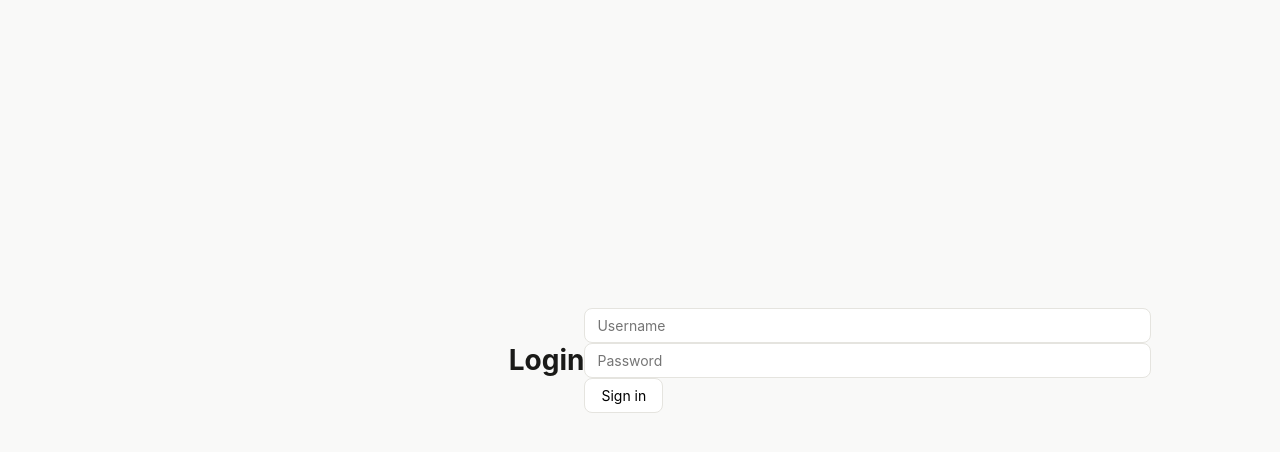
Repository: adtm0/jobtracker
Page: /login (app in frontend/)
The author's editor kept a copy of each file at every save. The page is drawn from the files as they stood at one save, then again after the next save.
The browser window is 1280 px wide. The pictures show the whole page.
The project was rebuilt for these pictures with package versions that can differ from the ones it lists, and the page was loaded fresh each time. Also part of the build but not shown: frontend/vite.config.js, frontend/src/pages/Register.jsx, frontend/src/pages/Dashboard.jsx, frontend/src/pages/Jobs.jsx, frontend/src/pages/JobForm.jsx, frontend/src/components/Navbar.jsx.

Above is the page before, as saved 2026-04-19 18:16:09.

### frontend/src/main.jsx
import { StrictMode } from "react";
import React from "react";
import ReactDOM from 'react-dom/client'
import { BrowserRouter } from 'react-router-dom'
import { createRoot } from "react-dom/client";
import "./index.css";
import App from "./App.jsx";

createRoot(document.getElementById("root")).render(
  <StrictMode>
    <BrowserRouter>
      <App />
    </BrowserRouter>
  </StrictMode>,
);

### frontend/src/index.css
*, *::before, *::after {
  box-sizing: border-box;
  margin: 0;
  padding: 0;
}

body {
  font-family: -apple-system, BlinkMacSystemFont, 'Segoe UI', sans-serif;
  background: #f9f9f8;
  color: #1a1a18;
  font-size: 14px;
  line-height: 1.5;
}

main {
  max-width: 1100px;
  margin: 0 auto;
  padding: 28px 20px;
}

input, select, textarea {
  width: 100%;
  padding: 8px 12px;
  border: 1px solid #e5e4df;
  border-radius: 8px;
  font-size: 14px;
  font-family: inherit;
  outline: none;
}

input:focus, select:focus, textarea:focus {
  border-color: #185FA5;
}

button {
  cursor: pointer;
  font-family: inherit;
  font-size: 14px;
  border-radius: 8px;
  border: 1px solid #e5e4df;
  background: #fff;
  padding: 8px 16px;
}

button:hover {
  background: #f9f9f8;
}

.btn-primary {
  background: #1a1a18;
  color: #fff;
  border-color: #1a1a18;
}

.btn-primary:hover {
  background: #333;
}

label {
  display: block;
  font-size: 12px;
  font-weight: 500;
  color: #6b6b67;
  margin-bottom: 5px;
}

### frontend/src/App.jsx
import {Routes, Route} from 'react-router-dom'
import Login from './pages/Login'
import Register from './pages/Register'
import Dashboard from './pages/Dashboard'
import Jobs from './pages/Jobs'
import JobForm from './pages/JobForm'
import Navbar from './components/Navbar'

function Layout({ children }) {
  return (
    <>
      <Navbar />
      <main>
        {children}
      </main>
    </>
  );
}

function App() {

  return (
    <Routes>
      <Route path='/login' element={<Login />} />
      <Route path='/register' element={<Register />} />
      <Route path='/dashboard' element={<Layout><Dashboard /></Layout>} />
      <Route path='/jobs' element={<Layout><Jobs /></Layout>} />
      <Route path='/jobs/new' element={<Layout><JobForm /></Layout>} />
    </Routes>
  )
}

export default App

### frontend/src/pages/Login.jsx
import { useState } from "react";
import { Link } from "react-router-dom"

export default function Login() {
  const [form, setForm] = useState({username: '', password: ''})
  const [error, setError] = useState('')
  const [loading, setLoading] = useState(false)

  const handleSubmit = (event) => {
    event.preventDefault()
    setError('')
    setLoading(true)

    try {
      console.log('logging in with', form)
    } catch {
      setError('Invalid username or password.')
    } finally {
      setLoading(false)
    }
  }

  return (
    <div style={{
      minHeight: '100vh',
      display: 'flex',
      alignItems: 'center',
      justifyContent: 'center',
      background: '#f9f9f8'
    }}>
      <div style={{width: '100%', maxWidth: 380}}>
        <div style={{textAlign: 'center', marginBottom: 32}}>
          <h1 st></h1>
        </div>
      </div>
      <h1>Login</h1>
      <form>
        <input type="text" placeholder="Username" />
        <input type="password" placeholder="Password" />
        <button type="submit">Sign in</button>
      </form>
    </div>
  );
}

After the next save:
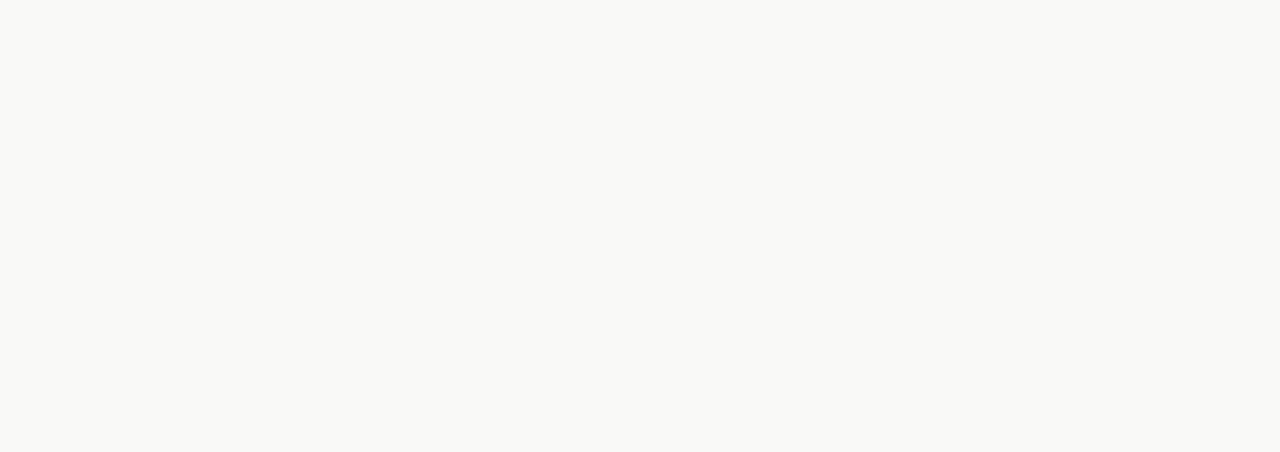
Console error (its wording comes from the project's code and is left out).
Saved 5 s later.
--- a/frontend/src/pages/Login.jsx
+++ b/frontend/src/pages/Login.jsx
@@ -30,7 +30,7 @@
     }}>
       <div style={{width: '100%', maxWidth: 380}}>
         <div style={{textAlign: 'center', marginBottom: 32}}>
-          <h1 st></h1>
+          <h1 style></h1>
         </div>
       </div>
       <h1>Login</h1>

After the 4 saves that followed:
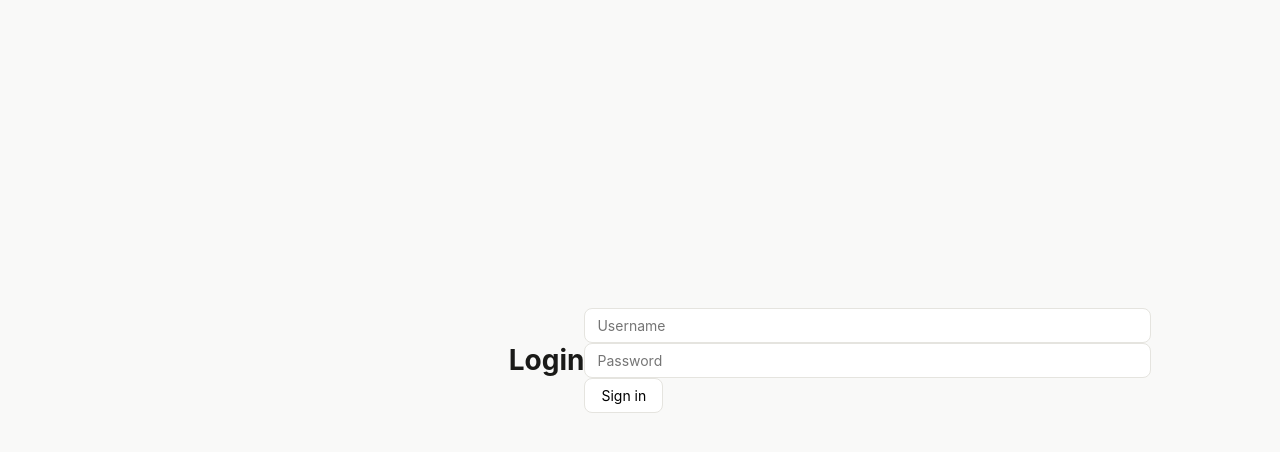
The error is gone.
The 4 saves are shown as one change because they came seconds apart.
The last was saved 30 s later.
--- a/frontend/src/pages/Login.jsx
+++ b/frontend/src/pages/Login.jsx
@@ -30,7 +30,7 @@
     }}>
       <div style={{width: '100%', maxWidth: 380}}>
         <div style={{textAlign: 'center', marginBottom: 32}}>
-          <h1 style></h1>
+          <h1 style={{fontSize: 32}}></h1>
         </div>
       </div>
       <h1>Login</h1>
